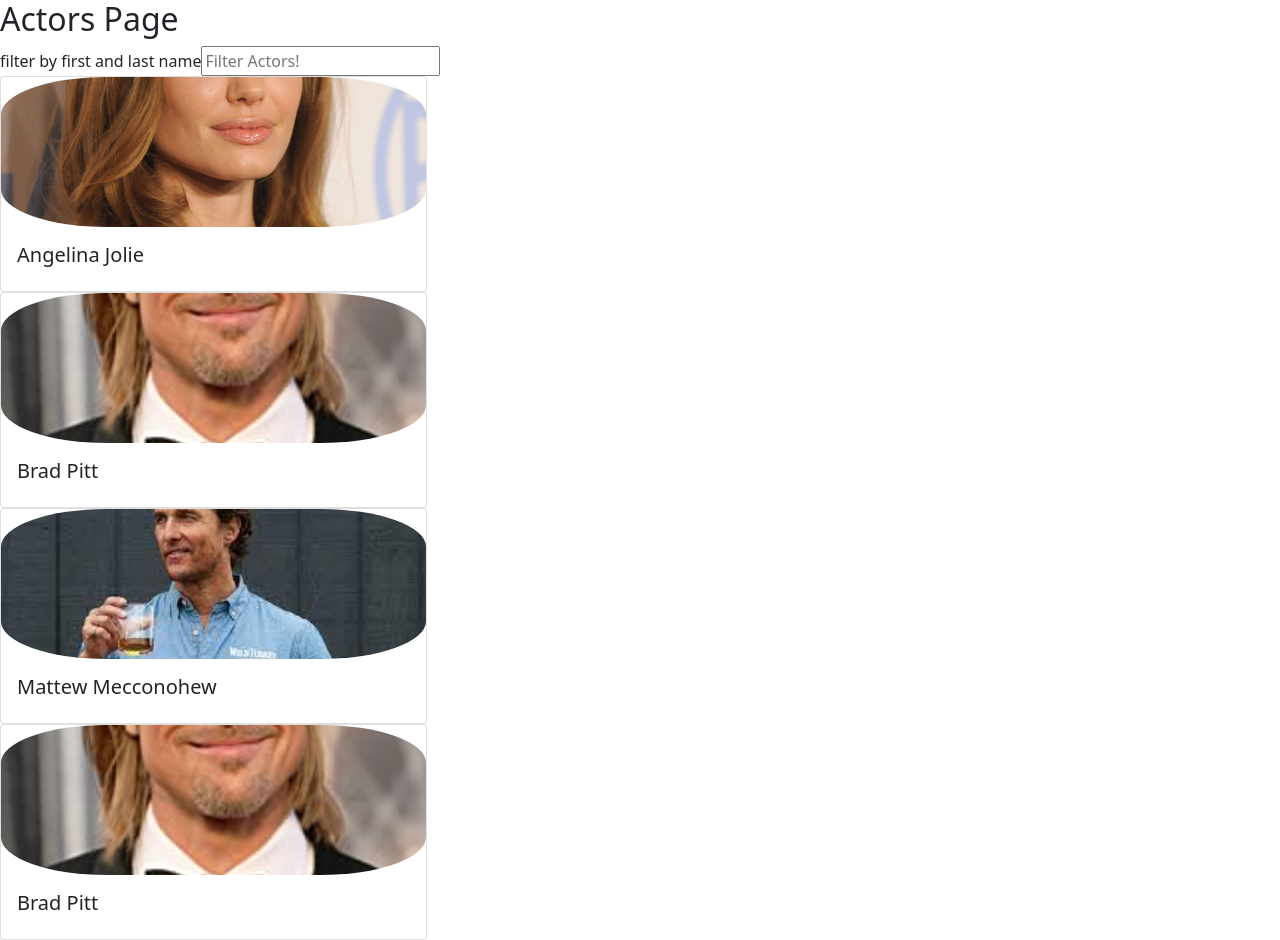
Repository: shuroo/FECourse-react-movieapp
Page: /
An editor plug-in stored every save of this project. The page is shown before and after the next save, followed by the edit.
The browser window is 1280 px wide. The pictures show the whole page.
The project was rebuilt for these pictures with package versions that can differ from the ones it lists, and the page was loaded fresh each time. Also part of the build but not shown: src/App.css.

Above is the page before, as saved 2021-07-24 16:22:13.

After the next save:
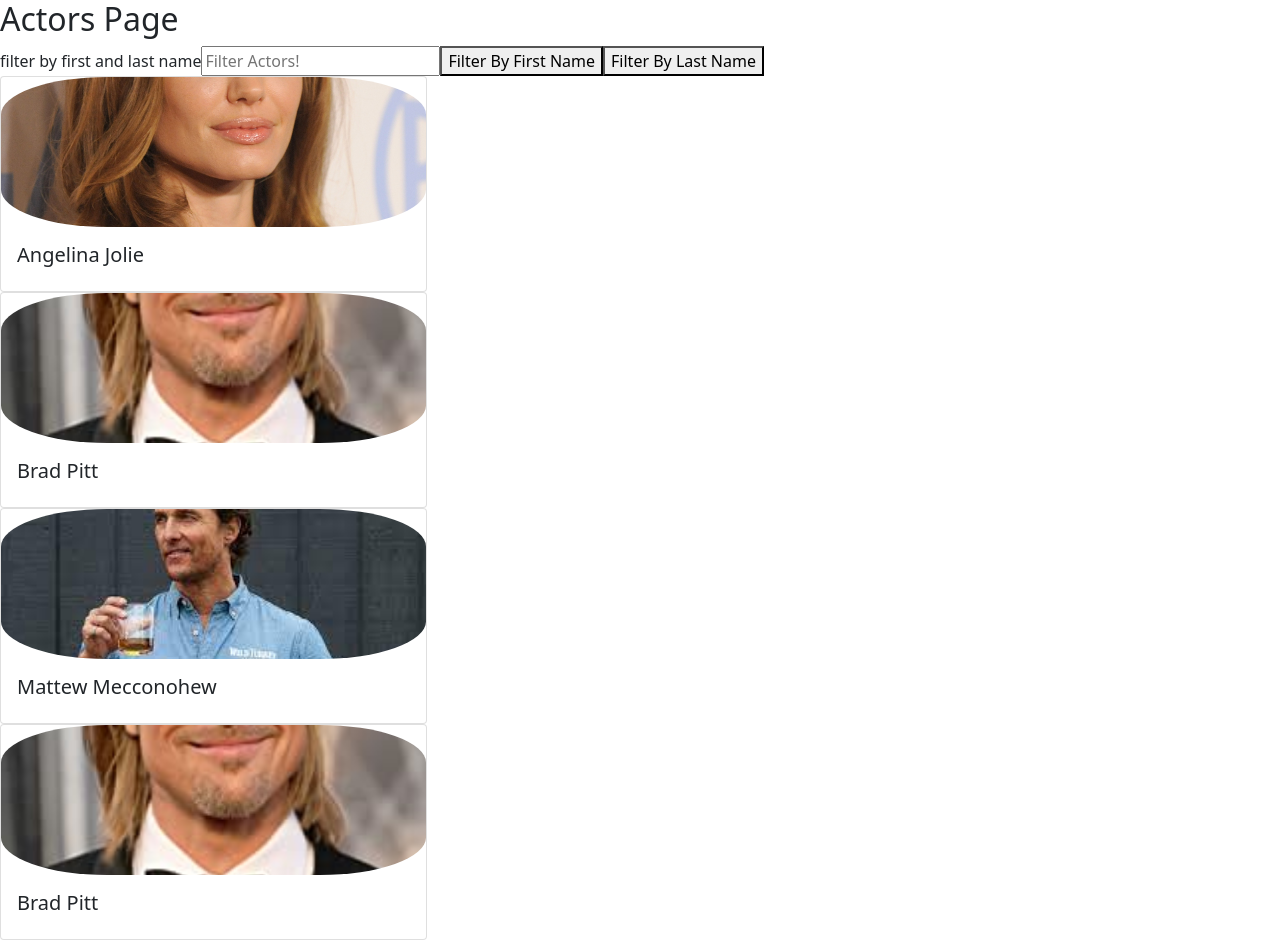
Saved 3 min 59 s later.
--- a/src/pages/ActorsPage.jsx
+++ b/src/pages/ActorsPage.jsx
@@ -22,8 +22,16 @@ function ActorsPage() {
     const [filterText, setFilterText] = useState("")
     const [sortCriteria, setSortCriteria] = useState("")
 
-    function filterBy(e){
+    function filterByFirstName(e){
         const criteria = e.target.value;
+        setFilterText(criteria);
+        setActors(actors.filter(a=>a.firstName.startsWith(criteria)))
+    }
+
+    function filterByLastName(e){
+        const criteria = e.target.value;
+        setFilterText(criteria);
+        setActors(actors.filter(a=>a.lastName.startsWith(criteria)))
     }
 
     function sortBy(e){
@@ -35,7 +43,9 @@ function ActorsPage() {
         <div>
             <h2>Actors Page</h2>
             <div><label>filter by first and last name</label>
-            <input type="text" onClick={filterBy} placeholder="Filter Actors!"></input>
+            <input type="text" onClick={filterByFirstName} placeholder="Filter Actors!"></input>
+            <button onClick={filterByFirstName}>Filter By First Name</button>
+            <button onClick={filterByLastName}>Filter By Last Name</button>
             <div className="gallery">{actorsHtml}</div>
             </div>
 
